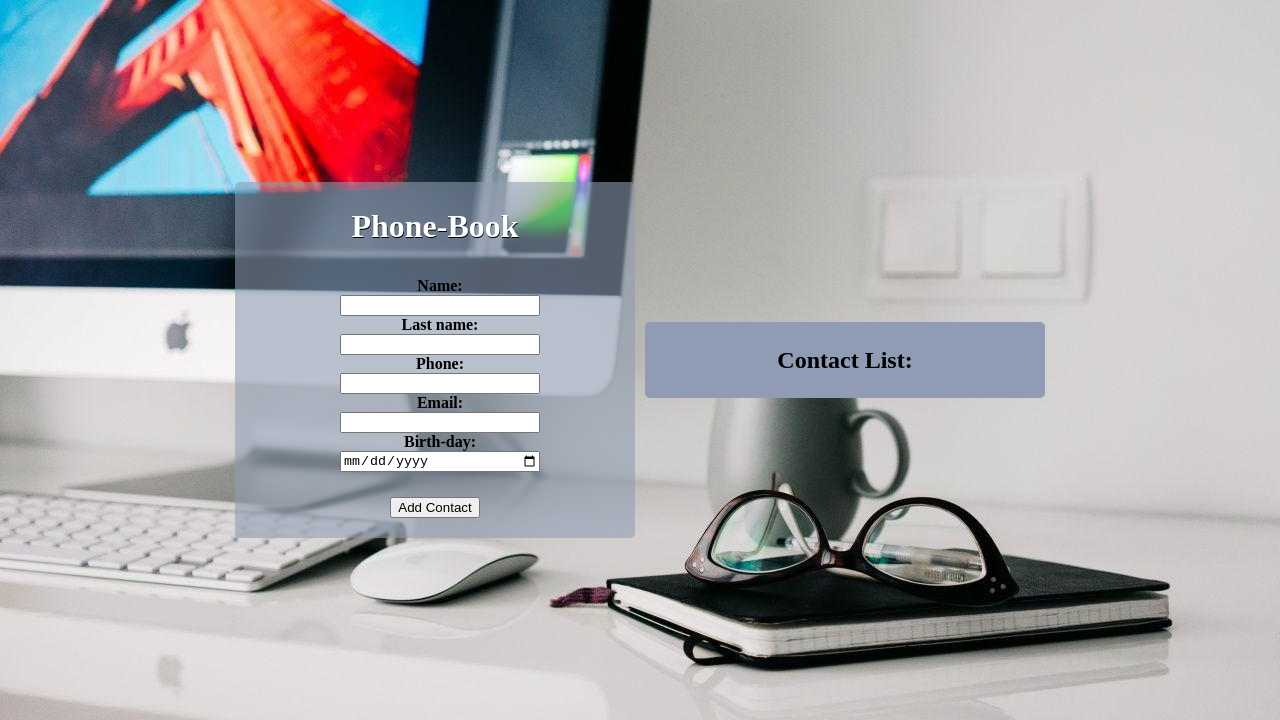
Repository: STA1357/Phone-book
Page: Inner.html
An editor plug-in stored every save of this project. The page is shown before and after the next save, followed by the edit.
The browser window is 1280 px wide. The pictures show the whole page.

Above is the page before, as saved 2020-12-10 11:53:05.

After the next save:
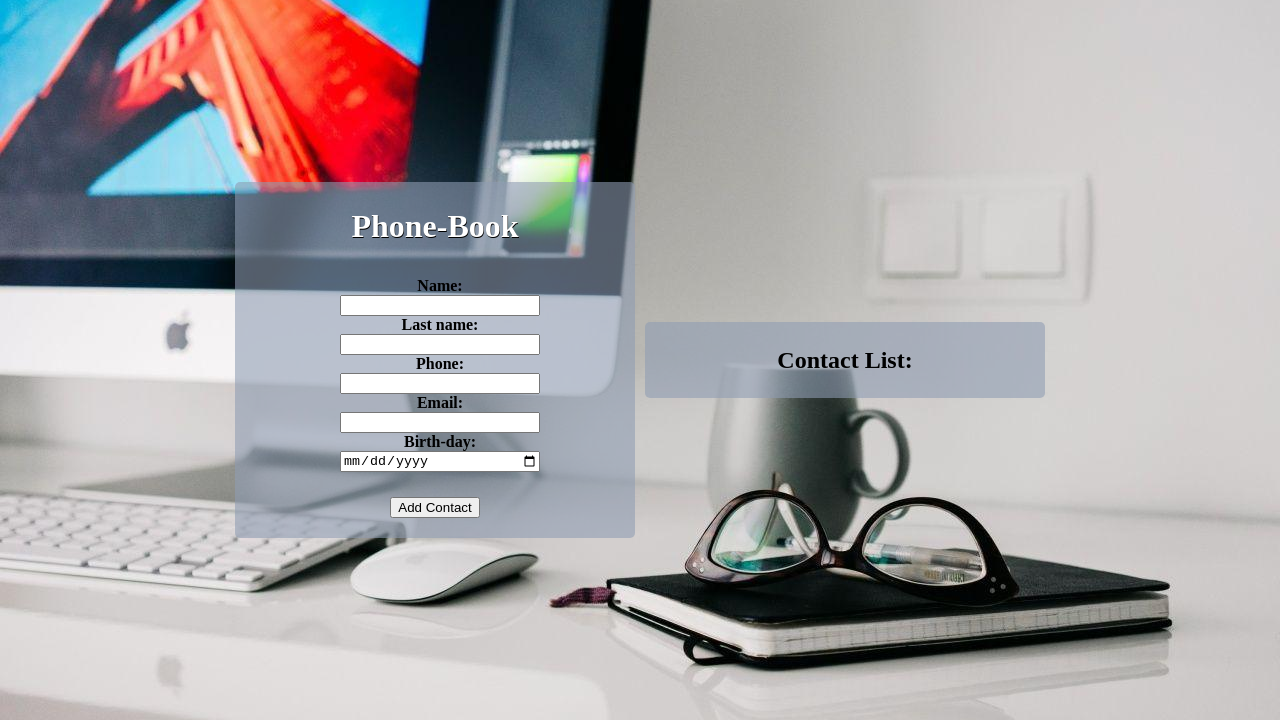
Saved 39 s later.
--- a/styles.css
+++ b/styles.css
@@ -41,7 +41,7 @@ main{
 }
 
 .list-container{
-    background-color: rgb(144, 156, 179);
+    background-color: rgba(144, 156, 179, 0.589);
     width: 400px;
     max-width: 100%;
     page-break-after: 30px 40px;
